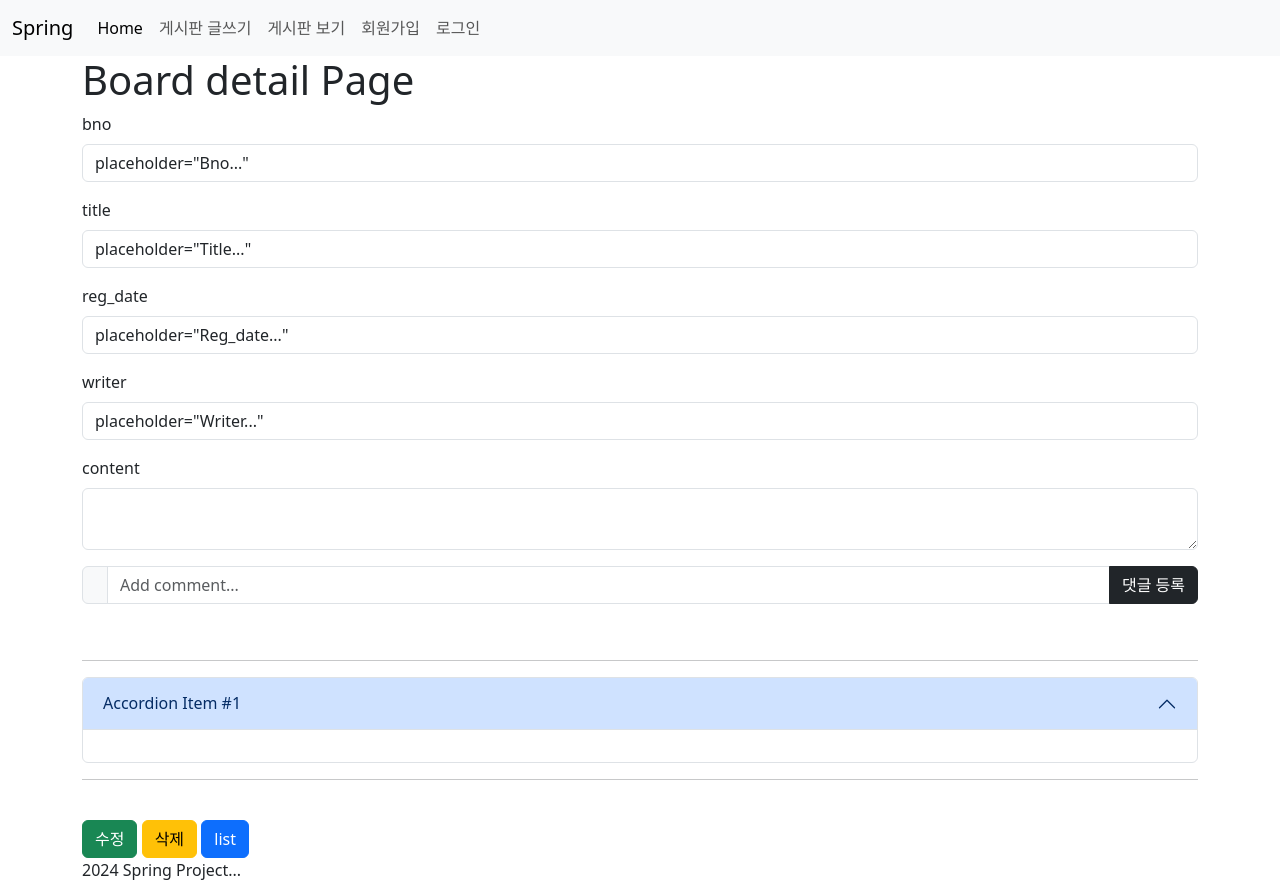
Repository: wanted2001/jsp_project
Page: http://localhost/spring_study/WEB-INF/views/board/detail.jsp
The author's editor kept a copy of each file at every save. The page is drawn from the files as they stood at one save, then again after the next save.
The browser window is 1280 px wide. The pictures show the whole page.
The page is served by Tomcat 9. Nobody is signed in. Other server files are loaded and not shown. The template is opened directly, without the code that normally fills it, so the values that code supplies are empty.

Above is the page before, as saved 2024-04-26 02:48:34.

### spring_study/src/main/webapp/WEB-INF/views/board/detail.jsp
<%@ page language="java" contentType="text/html; charset=UTF-8"
	pageEncoding="UTF-8"%>
<jsp:include page="../layout/header.jsp" />
<div class="container-md">
	<h1>Board detail Page</h1>
	<div class="mb-3">
		<label for="n" class="form-label">bno</label> <input type="text"
			class="form-control" name="bno" id="n" value=${bvo.bno }
			placeholder="Bno..." readonly="readonly">
	</div>
	<div class="mb-3">
		<label for="t" class="form-label">title</label> <input type="text"
			class="form-control" name="title" id="t" value=${bvo.title }
			placeholder="Title..." readonly="readonly">
	</div>
	<div class="mb-3">
		<label for="r" class="form-label">reg_date</label> <input type="text"
			class="form-control" name="writer" id="r" value=${bvo.reg_date }
			placeholder="Reg_date..." readonly="readonly">
	</div>
	<div class="mb-3">
		<label for="w" class="form-label">writer</label> <input type="text"
			class="form-control" name="writer" id="w" value=${bvo.writer }
			placeholder="Writer..." readonly="readonly">
	</div>
	<div class="mb-3">
		<label for="c" class="form-label">content</label>
		<textarea class="form-control" id="c" name="content"
			aria-label="With textarea" readonly="readonly">${bvo.content  }</textarea>
	</div>

	<!-- 댓글 입력 라인 -->
	<div class="input-group mb-3">
		<span class="input-group-text" id="cmtWriter">${ses.id }</span> <input
			type="text" id="cmtText" class="form-control"
			placeholder="Add comment..." aria-label="Username"
			aria-describedby="basic-addon1">
		<button type="button" id="cmtAddBtn" class="btn btn-dark">댓글
			등록</button>
	</div>
	<br><hr>
	<!-- 댓글 출력 라인 -->
	<div class="accordion" id="accordionExample">
		<div class="accordion-item">
			<h2 class="accordion-header">
				<button class="accordion-button" type="button"
					data-bs-toggle="collapse" data-bs-target="#collapseOne"
					aria-expanded="true" aria-controls="collapseOne">
					Accordion Item #1</button>
			</h2>
			<div id="collapseOne" class="accordion-collapse collapse show"
				data-bs-parent="#accordionExample">
				<div class="accordion-body">

				</div>
			</div>
		</div>
	</div>
	<hr><br>





	<a href="/board/modify?bno=${bvo.bno }"><button type="button"
			class="btn btn-success">수정</button></a> <a
		href="/board/remove?bno=${bvo.bno }"><button type="button"
			class="btn btn-warning">삭제</button></a> <a href="/board/list"><button
			type="button" class="btn btn-primary">list</button></a>
</div>
<jsp:include page="../layout/footer.jsp" />

### spring_study/src/main/webapp/WEB-INF/views/layout/header.jsp
<%@ page language="java" contentType="text/html; charset=UTF-8"
	pageEncoding="UTF-8"%>
<%@taglib uri="http://java.sun.com/jsp/jstl/core" prefix="c"%>

<!DOCTYPE html>
<html>
<head>
<meta charset="UTF-8">
<title>header.jsp</title>
<link
	href="https://cdn.jsdelivr.net/npm/bootstrap@5.3.3/dist/css/bootstrap.min.css"
	rel="stylesheet"
	integrity="sha384-QWTKZyjpPEjISv5WaRU9OFeRpok6YctnYmDr5pNlyT2bRjXh0JMhjY6hW+ALEwIH"
	crossorigin="anonymous">
<script
	src="https://cdn.jsdelivr.net/npm/bootstrap@5.3.3/dist/js/bootstrap.bundle.min.js"
	integrity="sha384-YvpcrYf0tY3lHB60NNkmXc5s9fDVZLESaAA55NDzOxhy9GkcIdslK1eN7N6jIeHz"
	crossorigin="anonymous"></script>
</head>
<body>
	<nav class="navbar navbar-expand-lg bg-body-tertiary">
		<div class="container-fluid">
			<a class="navbar-brand" href="#">Spring</a>
			<button class="navbar-toggler" type="button"
				data-bs-toggle="collapse" data-bs-target="#navbarSupportedContent"
				aria-controls="navbarSupportedContent" aria-expanded="false"
				aria-label="Toggle navigation">
				<span class="navbar-toggler-icon"></span>
			</button>
			<div class="collapse navbar-collapse" id="navbarSupportedContent">
				<ul class="navbar-nav me-auto mb-2 mb-lg-0">
					<li class="nav-item"><a class="nav-link active"
						aria-current="page" href="/">Home</a></li>
					<li class="nav-item"><a class="nav-link"
						href="/board/register">게시판 글쓰기</a></li>
					<li class="nav-item"><a class="nav-link" href="/board/list">게시판
							보기</a></li>
					<c:if test="${ses.id eq null}">
						<!-- 조건문이 조건이 맞으면 실행이니까 맞지 않으니 실행 안함. -->
						<li class="nav-item"><a class="nav-link"
							href="/member/register">회원가입</a></li>
						<li class="nav-item"><a class="nav-link" href="/member/login">로그인</a>
						</li>
					</c:if>
					<c:if test="${ses.id ne null }">
						<li class="nav-item"><a class="nav-link"
							href="/member/logout">로그아웃</a></li>
						<li class="nav-item"><a class="nav-link"
							href="/member/modify">${ses.id }(${ses.email }) welcome!!</a></li>
					</c:if>
				</ul>
			</div>
		</div>
	</nav>

### spring_study/src/main/webapp/WEB-INF/views/layout/footer.jsp
<%@ page language="java" contentType="text/html; charset=UTF-8"
    pageEncoding="UTF-8"%>
<div class="container-md">
	2024 Spring Project...
</div>

</body>
</html>

After the next save:
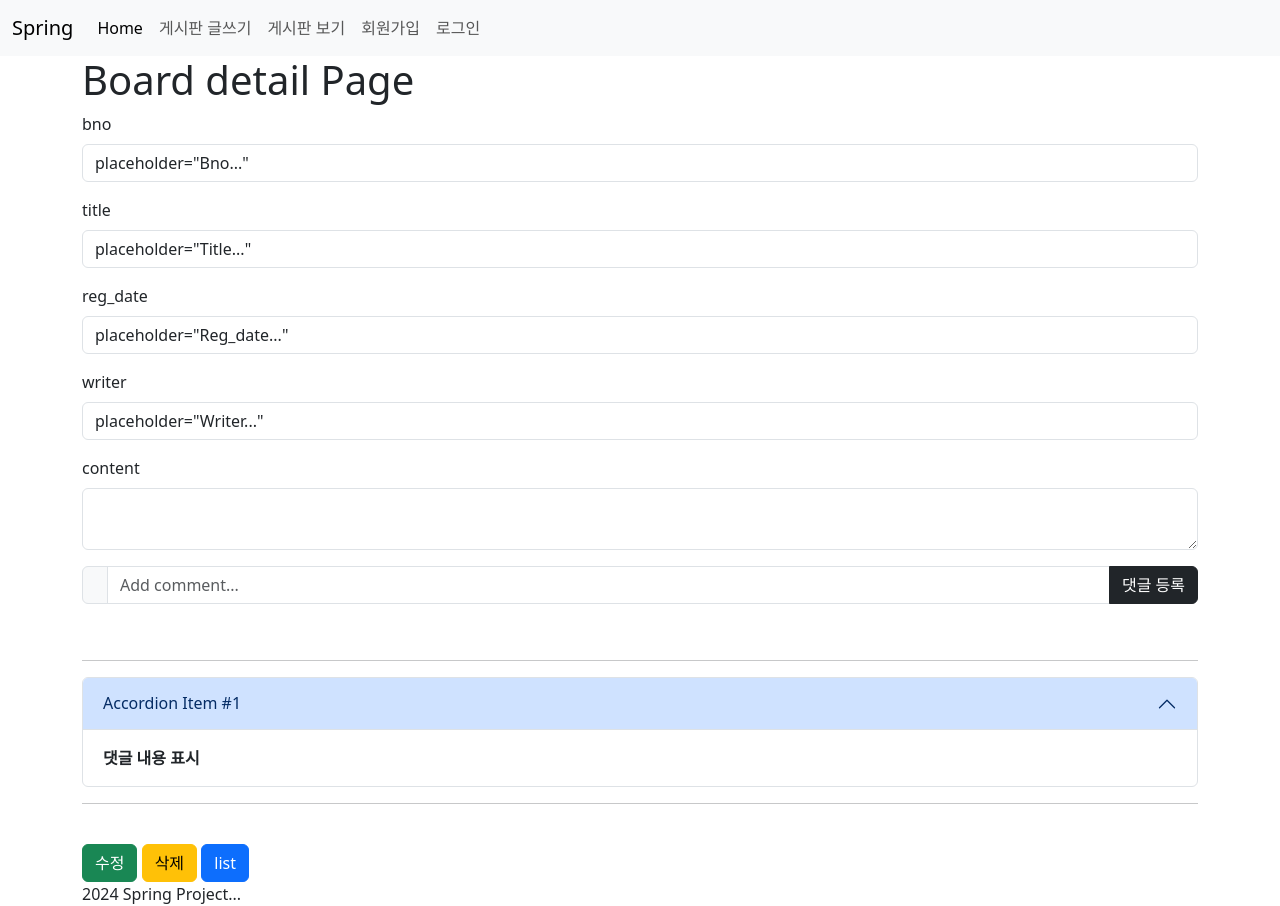
Saved 24 s later.
--- a/spring_study/src/main/webapp/WEB-INF/views/board/detail.jsp
+++ b/spring_study/src/main/webapp/WEB-INF/views/board/detail.jsp
@@ -51,7 +51,7 @@
 			<div id="collapseOne" class="accordion-collapse collapse show"
 				data-bs-parent="#accordionExample">
 				<div class="accordion-body">
-
+					<Strong>댓글 내용 표시</Strong>
 				</div>
 			</div>
 		</div>
